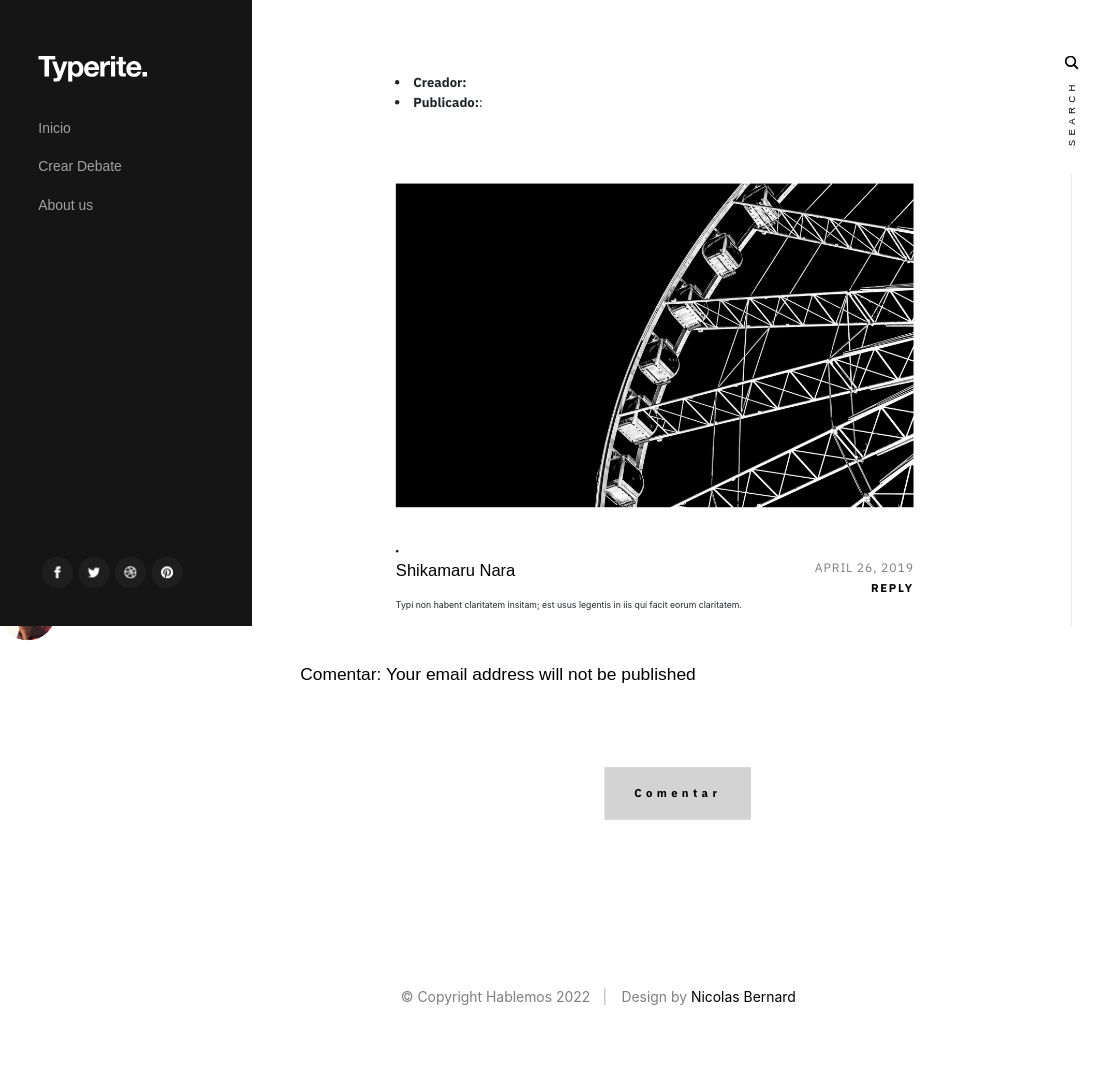
Repository: nicolasbernard01/Hablemos
Page: hablemosapp/templates/hablemosapp/leer_debate.html
These files come from the project's save history. The page is drawn as it stood at one moment and after the next save; the edit follows.
The browser window is 1280 px wide. The pictures show the whole page, at 87% of full size.
Some web fonts or font styles are not loaded; a fallback is used. The page is served by the project's application, run on Django 4.2 (manage.py). The template is opened directly, without the code that normally fills it, so the values that code supplies are empty.

Above is the page before, as saved 2022-07-21 23:46:47.

After the next save:
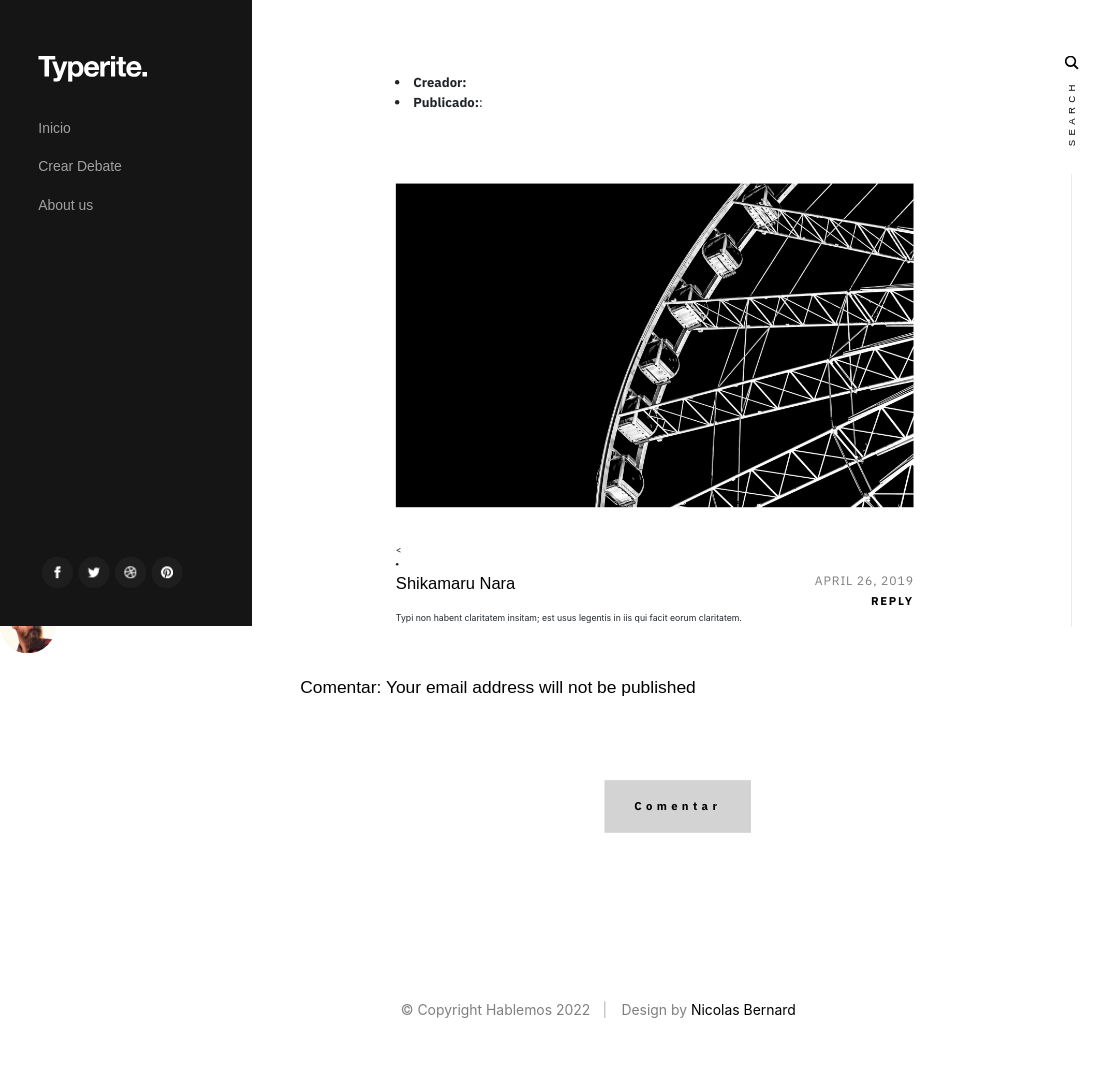
Saved 4 s later.
--- a/hablemosapp/templates/hablemosapp/leer_debate.html
+++ b/hablemosapp/templates/hablemosapp/leer_debate.html
@@ -156,8 +156,7 @@
                                 {% endfor %}
 
 
-                                        </li> <!-- end comment level 1 -->
-
+                                        <
                                         <li class="depth-1 comment">
 
                                             <div class="comment__avatar">
